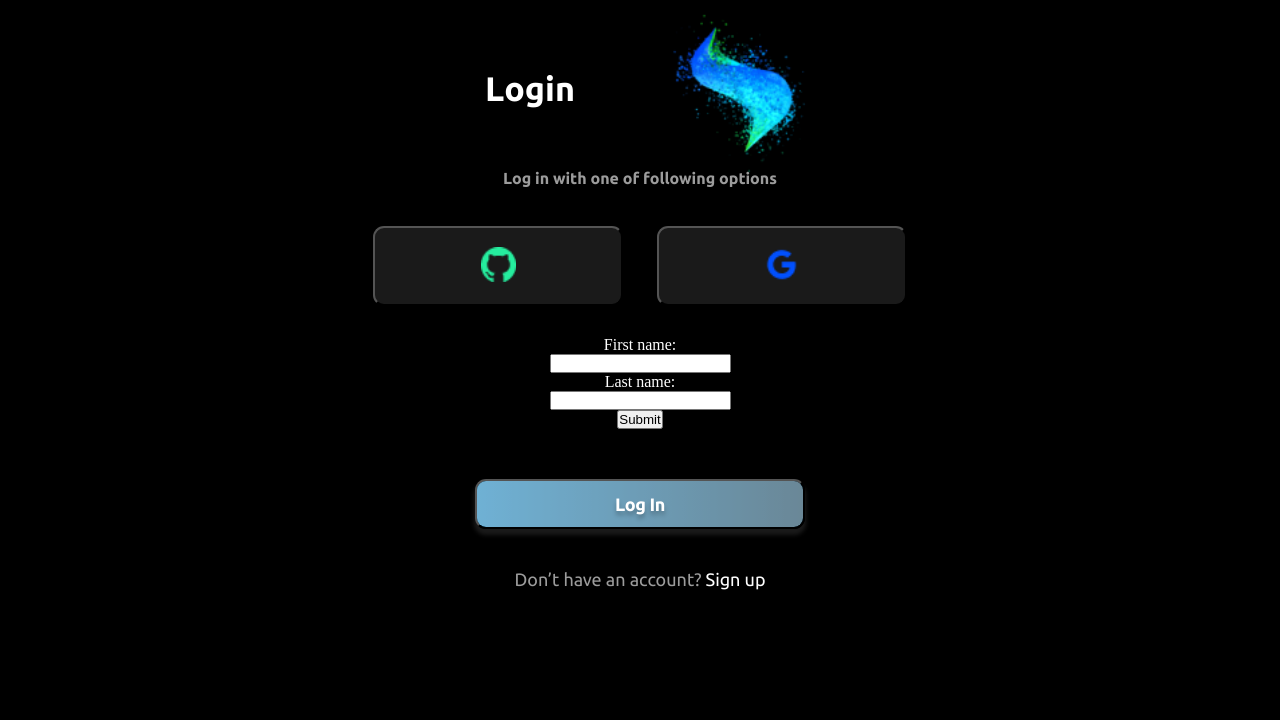
Repository: Cherced/QuanticFilms
Page: /login
An editor plug-in stored every save of this project. The page is shown before and after the next save, followed by the edit.
The browser window is 1280 px wide. The pictures show the whole page.
The page's requests for data from a server got no answer. The project was rebuilt for these pictures with package versions that can differ from the ones it lists, and the page was loaded fresh each time. The framework's server and built-in components were replaced by stand-ins that run in the browser. No one was signed in, and anything a server would have sent is missing. Also part of the build but not shown: components/atoms/HeaderFloat.jsx, components/atoms/InputBasicAccont.jsx, components/atoms/InputBasicAccontPassword.jsx.

Above is the page before, as saved 2022-06-10 11:51:01.

After the next save:
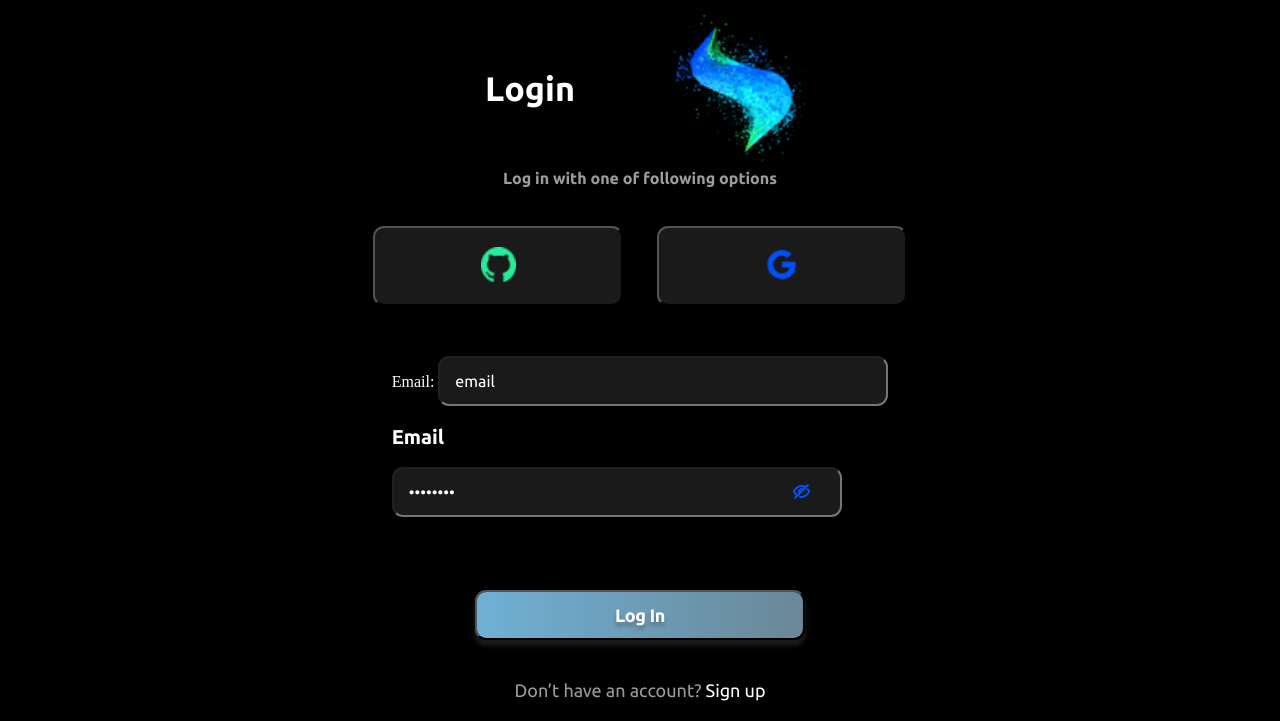
Saved 8 min 49 s later.
--- a/components/molecules/LoginForm.jsx
+++ b/components/molecules/LoginForm.jsx
@@ -4,12 +4,16 @@ import { InputBasicAccontPassword} from '../atoms/InputBasicAccontPassword'
 
 export const LoginForm = () => {
   return (
-    <form className="formContainer">
-        <label for="first">First name:</label>
-        <input type="text" id="first" name="first" />
-        <label for="last">Last name:</label>
-        <input type="text" id="last" name="last" />
-        <button type="submit">Submit</button>
+    <form action="/send-data-here" method="post" className="formContainer">
+        <div className="inputBasicAccont">
+        <label for="email">Email: </label>
+        <input type="text" id="emailForm" value="email" name="email" autoComplete="off"  />
+        <h1>Email</h1>
+        <div className="passwordInput">
+        <input type="password" value="password" name="email" autoComplete="off" />
+        <img src="/images/checkedPassword.png" alt="icon-check"/>
+        </div>
+        </div>
     </form>
   )
 }
